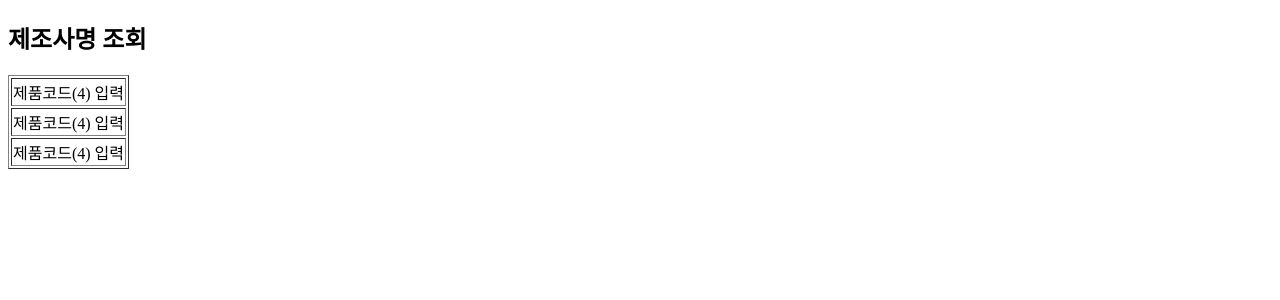
Repository: yyb03054/initProject
Page: http://localhost/examination/
An editor plug-in stored every save of this project. The page is shown before and after the next save, followed by the edit.
The browser window is 1280 px wide. The pictures show the whole page.
The page is served by Tomcat 9.

Above is the page before, as saved 2022-02-10 02:40:51.

After the next save:
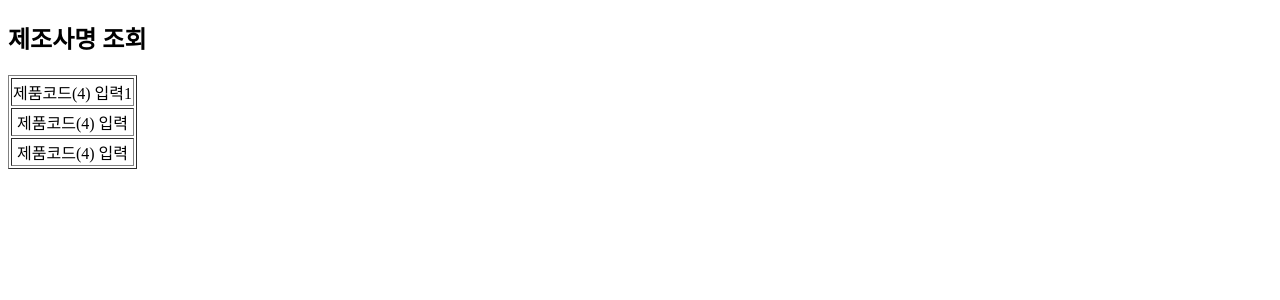
Saved 10 s later.
--- a/examination/WebContent/index.jsp
+++ b/examination/WebContent/index.jsp
@@ -11,7 +11,7 @@
 	   <table border="1">
 	   				<tr>
 	   								<td colspan="2" align="center">
-	   												제품코드(4) 입력
+	   												제품코드(4) 입력1
 	   								</td>
 	   				</tr>
 	   				<tr>
